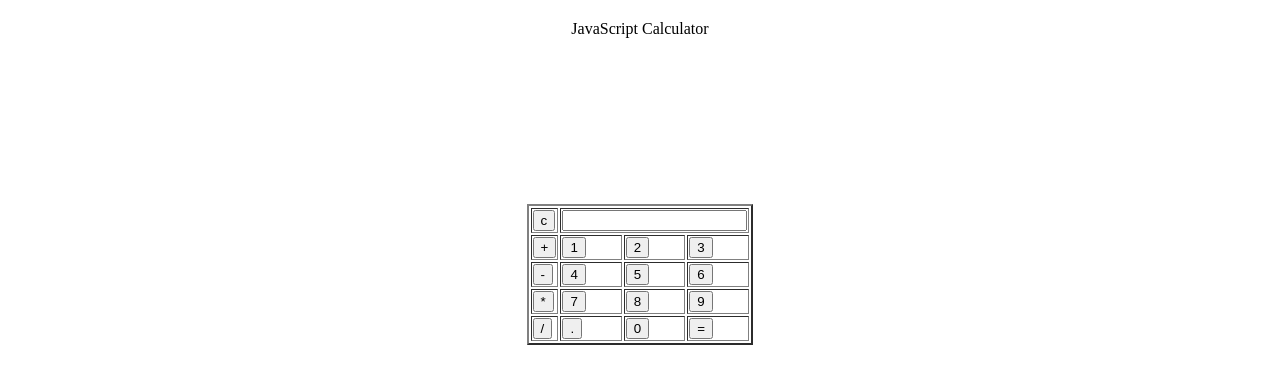
Repository: spidero7/Simple-Calculator
Page: index.html
An editor plug-in stored every save of this project. The page is shown before and after the next save, followed by the edit.
The browser window is 1280 px wide. The pictures show the whole page.

Above is the page before, as saved 2021-09-15 07:09:39.

After the next save:
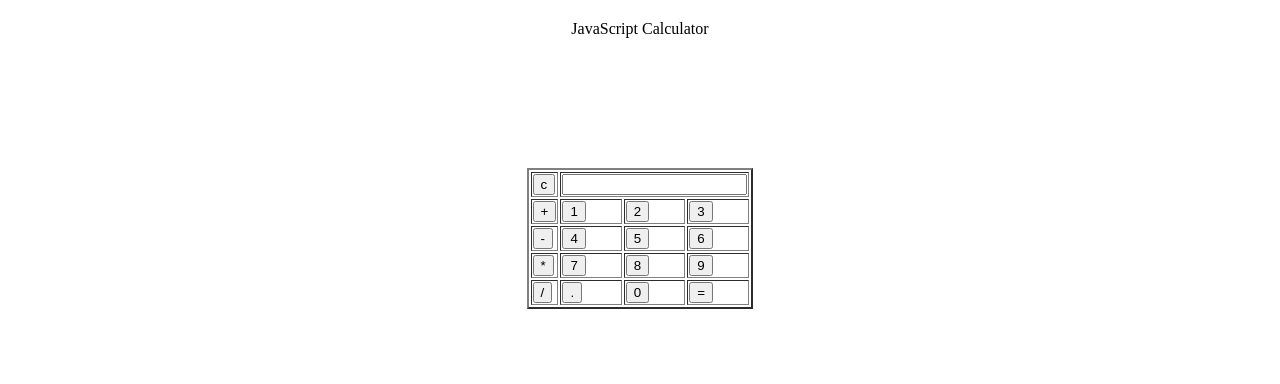
Saved 8 s later.
--- a/style.css
+++ b/style.css
@@ -12,7 +12,7 @@ body {
     justify-content: center;
     align-items: center;
     width: 100vw;
-    height: 60vh;
+    height: 50vh;
 }
 
 .title {
